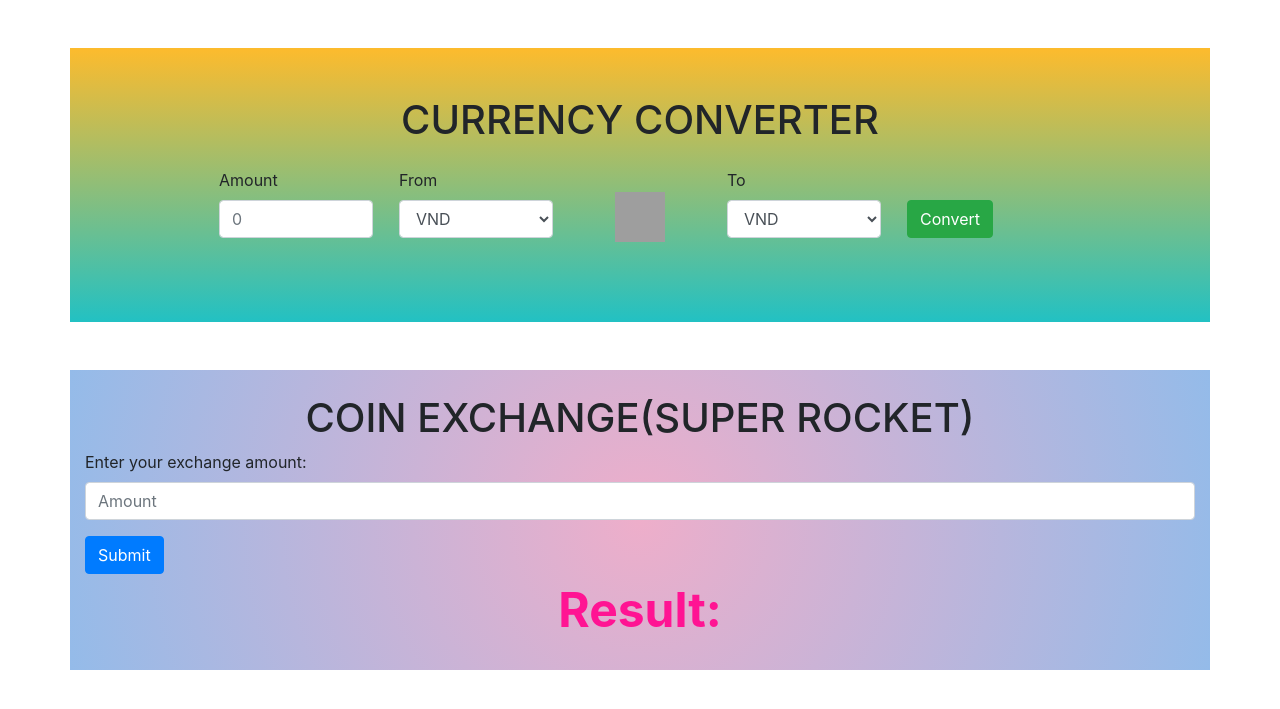
Repository: tts2610/MoneyConverter
Page: index.html
An editor plug-in stored every save of this project. The page is shown before and after the next save, followed by the edit.
The browser window is 1280 px wide. The pictures show the whole page.
Pictures or frames that could not be fetched are drawn as grey boxes.

Above is the page before, as saved 2020-05-12 12:33:38.

### index.html
<!DOCTYPE html>
<html lang="en">

<head>
    <meta charset="UTF-8">
    <meta name="viewport" content="width=device-width, initial-scale=1.0">
    <title>Document</title>
    <link rel="stylesheet" href="https://maxcdn.bootstrapcdn.com/bootstrap/4.4.1/css/bootstrap.min.css">

    <!-- jQuery library -->
    <script src="https://ajax.googleapis.com/ajax/libs/jquery/3.4.1/jquery.min.js"></script>

    <!-- Popper JS -->
    <script src="https://cdnjs.cloudflare.com/ajax/libs/popper.js/1.16.0/umd/popper.min.js"></script>

    <!-- Latest compiled JavaScript -->
    <script src="https://maxcdn.bootstrapcdn.com/bootstrap/4.4.1/js/bootstrap.min.js"></script>

</head>

<body>

    <form class="container my-5 px-5 py-5" style="
    background: rgb(34,193,195);
    background: linear-gradient(0deg, rgba(34,193,195,1) 0%, rgba(253,187,45,1) 100%);
">
        <h1 class="mx-auto" style="text-align: center;">CURRENCY CONVERTER</h1>
        <div class="form-row justify-content-md-center px-5 mx-5">
            <div class="col mt-3">
                <label>Amount</label>
                <input type="number" class="form-control" placeholder="0" id="amount">
            </div>
            <div class="col mt-3 ml-3">
                <label>From</label>
                <select class="form-control" id="fromCurrency">
            </select>
            </div>
            <div class="col mt-4 py-3" style="display: flex;justify-content: center; cursor: pointer;" onClick="swap()">
                <img src="https://cdn3.iconfinder.com/data/icons/basic-interface/100/update-512.png" width="50px" height="50px">
            </div>
            <div class="col mt-3">
                <label>To</label>
                <select class="form-control" id="toCurrency">
            </select>

            </div>
            <div class="col mt-5 ml-3">
                <button type="button" class="btn btn-success" onClick="submitAmount()">Convert</button>
            </div>
        </div>
        <p id="result" style="color:deeppink; font-weight: 700; font-size: xxx-large; text-align: center;"></p>
    </form>
    <div class="container py-4" style="background: radial-gradient(circle, rgba(238,174,202,1) 0%, rgba(148,187,233,1) 100%);">
        <h1 style="text-align: center;">COIN EXCHANGE(SUPER ROCKET)</h1>
        <form>
            <div class="form-group">
                <label for="exampleInputEmail1">Enter your exchange amount:</label>
                <input type="number" class="form-control" id="coinExchange" placeholder="Amount">
            </div>
            <button type="button" class="btn btn-primary" onClick="exchange()">Submit</button>
            <div id="coinExchangeResult" style="color:deeppink; font-weight: 700; font-size: xxx-large; text-align: center;">Result:</div>
        </form>
    </div>



    <script src="js/script.js"></script>
    <script>
    </script>
</body>

</html>

### js/script.js
/*dic = {
    fromCurrency:{
        toCurrency:[currencyRatio,locale,currencySymbol],
        toCurrency:[currencyRatio,locale,currencySymbol],
        toCurrency:[currencyRatio,locale,currencySymbol],
        .....
    },
    fromCurrency:
        .....
}*/
let dic = {
    "vnd": { "usd": [1 / 23206, "en", "USD"], "jpy": [1 / 216.703, "ja-JP", "JPY"], "krw": [1 / 18.9136, "krw", "KRW"], "idr": [1 / 1.55505, "idr", "idr"], "eur": [1 / 25111, "de-DE", "EUR"], "vnd": [1, "vi", "VND"] },
    "usd": { "vnd": [23206, "vi", "VND"], "jpy": [107.297, "ja-JP", "JPY"], "krw": [1223.80, "krw", "KRW"], "idr": [14904, "idr", "idr"], "eur": [1 / 1.08207, "de-DE", "EUR"], "usd": [1, "en", "USD"] },
    "jpy": { "vnd": [216.703, "vi", "VND"], "usd": [1 / 107.297, "en", "USD"], "krw": [11.4099, "krw", "KRW"], "idr": [138.937, "idr", "idr"], "eur": [1 / 116.054, "de-DE", "EUR"], "jpy": [1, "ja-JP", "JPY"] },
    "krw": { "vnd": [18.9136, "vi", "VND"], "usd": [1 / 1224.06, "en", "USD"], "jpy": [1 / 11.4096, "ja-JP", "JPY"], "idr": [12.1833, "idr", "idr"], "eur": [1 / 1323.75, "de-DE", "EUR"], "krw": [1, "krw", "KRW"] },
    "idr": { "vnd": [1.55505, "vi", "VND"], "usd": [1 / 14910, "en", "USD"], "jpy": [1 / 138.985, "ja-JP", "JPY"], "krw": [1 / 12.1818, "krw", "KRW"], "eur": [1 / 16134.84, "de-DE", "EUR"], "idr": [1, "idr", "idr"] },
    "eur": { "vnd": [25081, "vi", "VND"], "usd": [1.08207, "en", "USD"], "jpy": [116.054, "ja-JP", "JPY"], "idr": [16129, "idr", "idr"], "krw": [1323.75, "krw", "KRW"], "eur": [1, "de-DE", "EUR"] },
}
let from = null;
let to = null;
let amount = 0;
var fromCurrency = null;
var toCurrency = null;
$(document).ready(function() {
    fromCurrency = document.getElementById("fromCurrency");
    toCurrency = document.getElementById("toCurrency");
    let selectList = Object.keys(dic);
    selectList.forEach(element => {
        var option = document.createElement("option");
        option.text = element.toUpperCase();
        fromCurrency.add(option);
    })
    selectList.forEach(element => {
        var option = document.createElement("option");
        option.text = element.toUpperCase();
        toCurrency.add(option);
    })

});

function swap() {
    var x = fromCurrency.value;
    fromCurrency.value = toCurrency.value;
    toCurrency.value = x;
}

function submitAmount() {
    amount = document.getElementById("amount").value ? document.getElementById("amount").value : 0;
    from = fromCurrency.value.toLowerCase();
    to = toCurrency.value.toLowerCase();

    // reformating input
    let res = getValueFromDict(from, from);
    let formatedAmount = new Intl.NumberFormat(res[1], { style: 'currency', currency: res[2], maximumSignificantDigits: 3 }).format(amount)

    // set output
    document.getElementById("result").innerText = formatedAmount + " = " + convert(from, to);
}

// conversion
function convert(from, to) {
    let res = getValueFromDict(from, to);
    let outRes = (amount * res[0]);
    return new Intl.NumberFormat(res[1], { style: 'currency', currency: res[2], maximumSignificantDigits: 3 }).format(outRes);
}

function getValueFromDict(input1, input2) {
    let currencyRatio = dic[input1][input2][0];
    let locale = dic[input1][input2][1];
    let currency = dic[input1][input2][2];
    return [currencyRatio, locale, currency];
}


// SUPER ROCKET
function exchange() {
    // reset the result div
    document.getElementById("coinExchangeResult").innerHTML = "";

    let bills = [500000, 200000, 100000, 50000, 20000, 10000, 5000, 2000, 1000]
    let amount = parseInt(document.getElementById("coinExchange").value);
    while (amount != 0) {
        bills.forEach(element => {
            let count = 0;
            while (amount >= element) {
                count++;
                amount = amount - element;
            }
            let wrapper = document.getElementById("coinExchangeResult");

            wrapper.innerHTML += '<div>' + count + " x " + element + "\n" + "</div>";
        });
    }
}

After the next save:
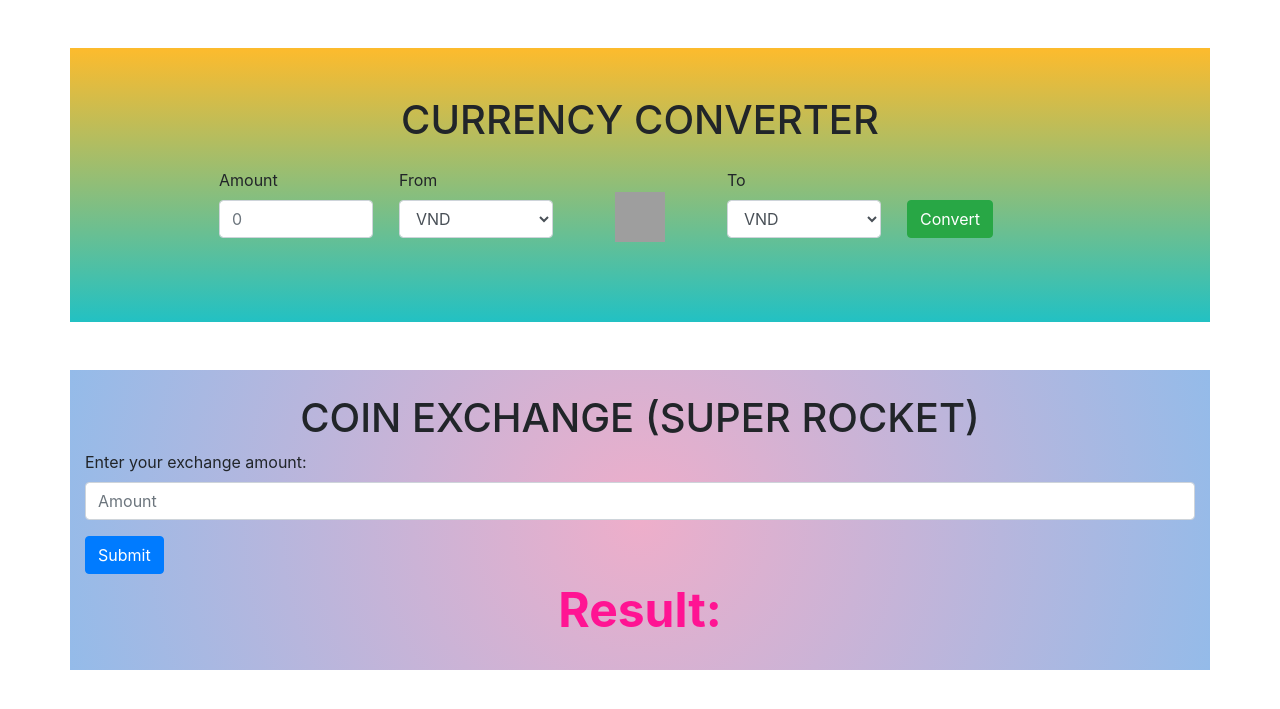
Saved 5 s later.
--- a/index.html
+++ b/index.html
@@ -51,7 +51,7 @@
         <p id="result" style="color:deeppink; font-weight: 700; font-size: xxx-large; text-align: center;"></p>
     </form>
     <div class="container py-4" style="background: radial-gradient(circle, rgba(238,174,202,1) 0%, rgba(148,187,233,1) 100%);">
-        <h1 style="text-align: center;">COIN EXCHANGE(SUPER ROCKET)</h1>
+        <h1 style="text-align: center;">COIN EXCHANGE (SUPER ROCKET)</h1>
         <form>
             <div class="form-group">
                 <label for="exampleInputEmail1">Enter your exchange amount:</label>
